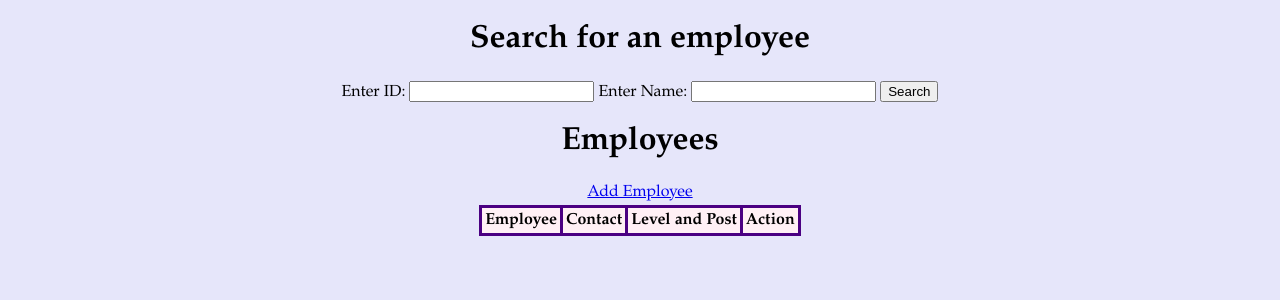
Repository: P9-Analyst-Java/employee-management-abhishekdatta12
Page: http://localhost/spring-expense-tracker/WEB-INF/views/home.jsp
An editor plug-in stored every save of this project. The page is shown before and after the next save, followed by the edit.
The browser window is 1280 px wide. The pictures show the whole page.
The page is served by Tomcat 9. Nobody is signed in. Other server files are loaded and not shown. The template is opened directly, without the code that normally fills it, so the values that code supplies are empty.

Above is the page before, as saved 2023-02-21 05:23:33.

### spring-portal/spring-expense-tracker/src/main/webapp/WEB-INF/views/home.jsp
<%@ page language="java" isELIgnored="false" contentType="text/html; charset=ISO-8859-1"
    pageEncoding="UTF-8"%>
<%@ taglib prefix="c" uri="http://java.sun.com/jsp/jstl/core"%>
<%@ taglib prefix="form" uri="http://www.springframework.org/tags/form" %>
<c:set var="contextRoot" value="${pageContext.request.contextPath}"/>
<!DOCTYPE html>
<html>
<head>
<style type="text/css">
body{
	font-family: garamond;
	font-size: 16px;
	text-align: center;
	background-color: lavender;
}
div{
	text-align: center;
	align-items: center;
	align-content: center;
}

table, th, td{

	text-align: center;
	border: 3px solid indigo;
	border-collapse: collapse;
	padding: 3px;
	margin: 3px;
}
table{
	margin-left: auto;
  	margin-right: auto;
  	background-color: lavenderblush;
}
td{
text-align: center;
background-color: lightcyan;
}
</style>
<meta charset="ISO-8859-1">
<title>Home</title>
</head>
<body>
	<h1>Search for an employee</h1>

	<form action="${contextRoot}/search" method="post">
	Enter ID: <input  name="id"/>
	Enter Name: <input name="name"/>
	<button type="submit">Search</button>
	</form>

	<h1>Employees</h1>
	<div>
	<a href="${contextRoot}/employee">Add Employee</a>
	<table>
	<tr>
	<th>Employee</th>
	<th>Contact</th>
	<th>Level and Post</th>
	<th>Action</th>
	<!-- <th>Last Name</th>
	<th>Gender</th>
	<th>Date Of Birth</th>
	<th>PAN Card Number</th>
	<th>Aadhaar Number</th>
	<th>Mobile Number</th>
	<th>Email ID</th>
	<th>Office Mail</th>
	<th>Permanent Address</th>
	<th>Present Address</th>
	<th>Blood Group</th>
	<th>Profile Picture</th>
	<th>Date of Joining</th>
	<th>Employee Level</th>
	<th>Post Name</th>
	<th>Basic Pay</th>
	<th>House Allowance</th>
	<th>Edit</th>
	<th>Delete</th>-->
	</tr>
	<c:forEach var="employee" items="${employees}">
		<tr>
			<td>${employee.firstName}&nbsp;${employee.lastName}<br/>#${employee.id}</td>

			<td>${employee.mobileNum}<br/>${employee.emailId}</td>

			<td>${employee.empLevel}/<br/>${employee.postName}</td>

			<td><a href="">Employments</a>/<a href="${contextRoot}/employee/${employee.id}">Edit</a>/<a href="${contextRoot}/${employee.id}">Delete</a></td>
			<!-- <td>${employee.id}</td>
			<td>${employee.firstName}</td>
			<td>${employee.lastName}</td>
			<td>${employee.gender}</td>
			<td>${employee.dob}</td>
			<td>${employee.panNum}</td>
			<td>${employee.aadhaarNum}</td>
			<td>${employee.mobileNum}</td>
			<td>${employee.emailId}</td>
			<td>${employee.officeMail}</td>
			<td>${employee.permanentAddress}</td>
			<td>${employee.presentAddress}</td>
			<td>${employee.bloodGroup}</td>
			<td>${employee.profilePict}</td>
			<td>${employee.doj}</td>
			<td>${employee.empLevel}</td>
			<td>${employee.postName}</td>
			<td>${employee.basicPay}</td>
			<td>${employee.houseAllowance}</td>
			<td><a href="${contextRoot}/employee/${employee.id}">Edit</a></td>
			<td><a href="${contextRoot}/${employee.id}">Delete</a></td>-->
		</tr>
	</c:forEach>
	</table>
	</div>
</body>
</html>

After the next save:
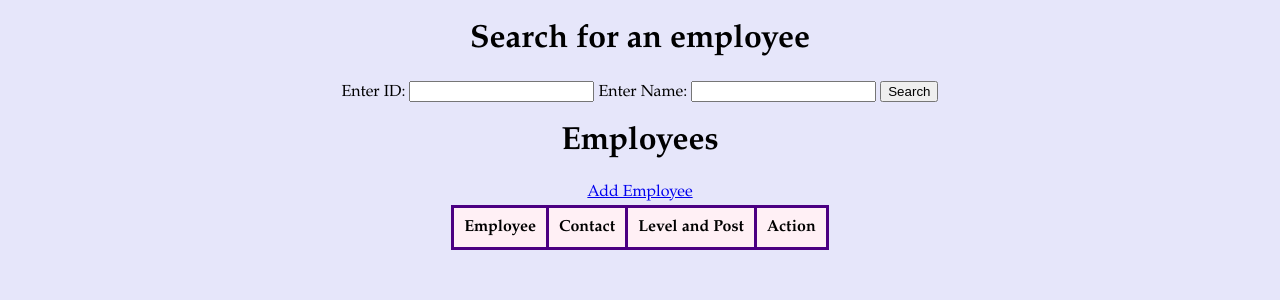
Saved 25 s later.
--- a/spring-portal/spring-expense-tracker/src/main/webapp/WEB-INF/views/home.jsp
+++ b/spring-portal/spring-expense-tracker/src/main/webapp/WEB-INF/views/home.jsp
@@ -35,6 +35,9 @@ table{
 td{
 text-align: center;
 background-color: lightcyan;
+}
+th, td{
+	padding: 10px;
 }
 </style>
 <meta charset="ISO-8859-1">
